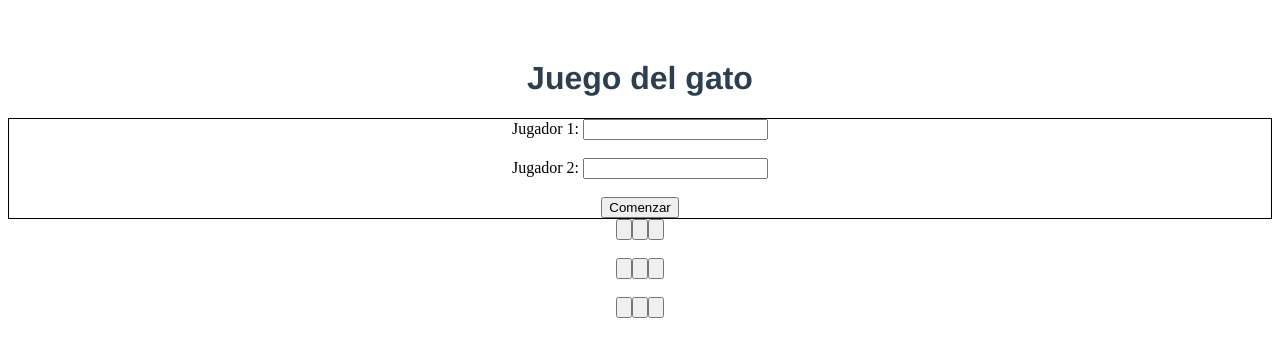
Repository: franciscamanquecheo/Taller-2
Page: / (app in vite-project/)
The author's editor kept a copy of each file at every save. The page is drawn from the files as they stood at one save, then again after the next save.
The browser window is 1280 px wide. The pictures show the whole page.
The project was rebuilt for these pictures with package versions that can differ from the ones it lists, and the page was loaded fresh each time. Also part of the build but not shown: vite-project/vite.config.ts.

Above is the page before, as saved 2022-06-17 17:22:50.

After the next save:
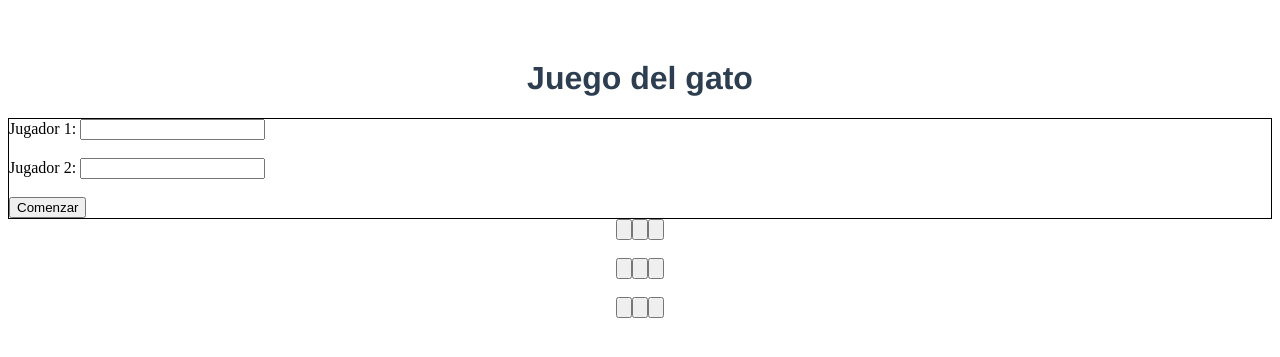
Saved 20 s later.
--- a/vite-project/src/App.vue
+++ b/vite-project/src/App.vue
@@ -55,7 +55,7 @@ h1 {
   margin-top: 60px;
 }
 article#comandos{
-
+  text-align: left;
   border: 1px solid black;
 
 }
